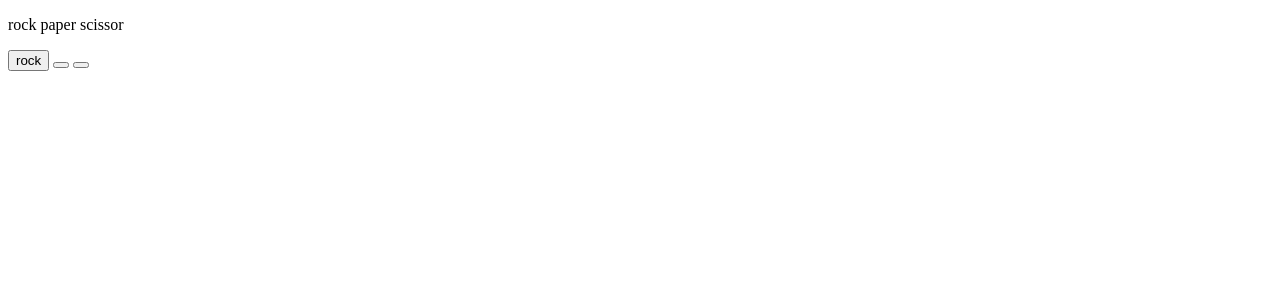
Repository: KolawoleTemilade/javascript
Page: booleans -rock,paper,scissors/index.html
The author's editor kept a copy of each file at every save. The page is drawn from the files as they stood at one save, then again after the next save.
The browser window is 1280 px wide. The pictures show the whole page.

Above is the page before, as saved 2024-10-03 15:16:34.

After the next save:
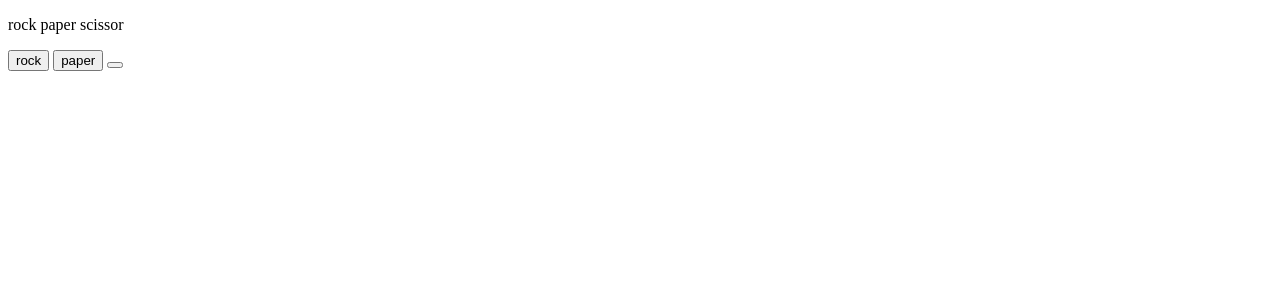
Saved 5 s later.
--- a/booleans -rock,paper,scissors/index.html
+++ b/booleans -rock,paper,scissors/index.html
@@ -9,7 +9,7 @@
      <p>rock paper scissor </p>
      <div>
         <button>rock</button>
-        <button></button>
+        <button>paper</button>
         <button></button>
      </div>
 </body>
